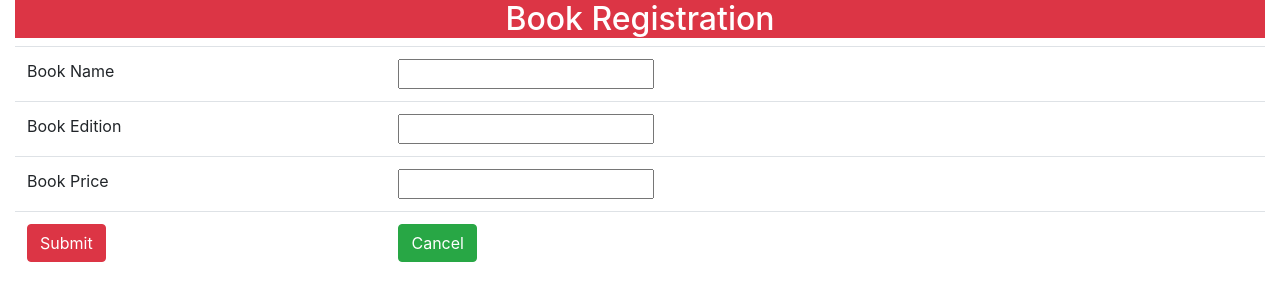
Repository: meriam0000/servlet
Page: BookWebApp/src/main/webapp/Home.html
The author's editor kept a copy of each file at every save. The page is drawn from the files as they stood at one save, then again after the next save.
The browser window is 1280 px wide. The pictures show the whole page.

Above is the page before, as saved 2024-02-12 20:33:50.

After the next save:
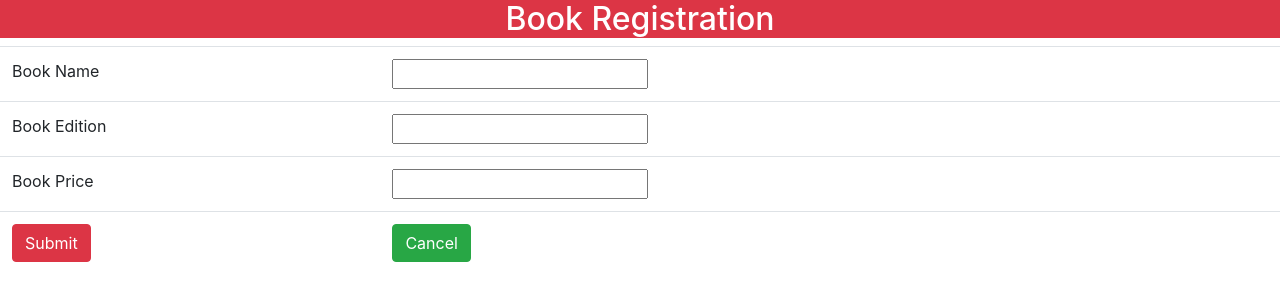
Saved 37 s later.
--- a/BookWebApp/src/main/webapp/Home.html
+++ b/BookWebApp/src/main/webapp/Home.html
@@ -5,7 +5,7 @@
 <title>Book Registration</title>
 <link rel="stylesheet"  href="css/bootstrap.css ">
 </head>
-<body class="container-fluid">
+<body class="container-fluid-card" >
 <h2 class="bg-danger text-white text-center">Book Registration </h2>
 <form action="register" method="post" >
 <table class="table table-hover" >
